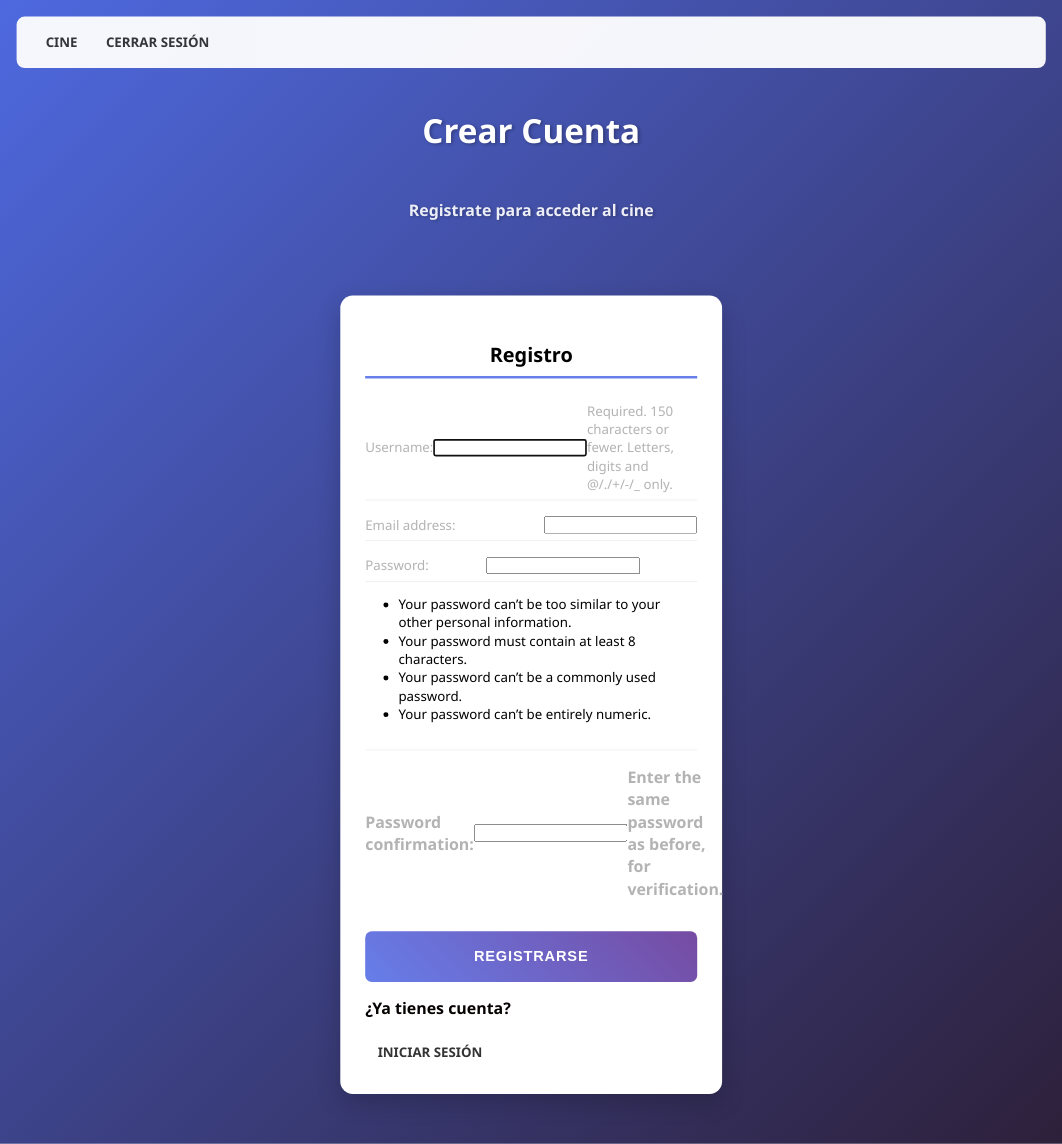
Repository: RoyScc/Practico-Django
Page: http://localhost/register/
An editor plug-in stored every save of this project. The page is shown before and after the next save, followed by the edit.
The browser window is 1280 px wide. The pictures show the whole page, at 83% of full size.
The page is served by the project's application, run on Django 5.2 (manage.py). A made-up administrator, testuser (Test User, test@example.com), is signed in.

Above is the page before, as saved 2026-05-27 09:04:23.

After the next save:
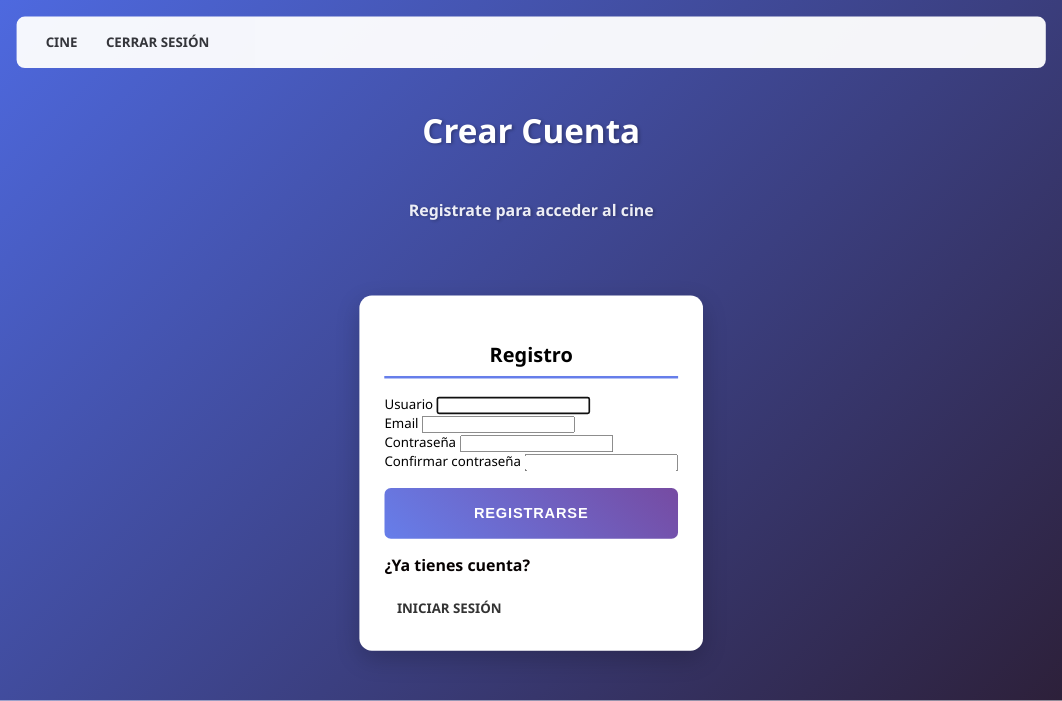
Saved 95 s later.
--- a/tickets/templates/tickets/register.html
+++ b/tickets/templates/tickets/register.html
@@ -12,11 +12,27 @@
     <h3 class="h3">Registro</h3>
 
     <form method="POST">
-        <div>
-            {% csrf_token %}
+
+        {% csrf_token %}
+
+        <div class="form-group">
+            <label>Usuario</label>
+            {{ form.username }}
         </div>
-        <div>
-            {{ form.as_p }}
+
+        <div class="form-group">
+            <label>Email</label>
+            {{ form.email }}
+        </div>
+
+        <div class="form-group">
+            <label>Contraseña</label>
+            {{ form.password1 }}
+        </div>
+
+        <div class="form-group">
+            <label>Confirmar contraseña</label>
+            {{ form.password2 }}
         </div>
 
         <button type="submit">
